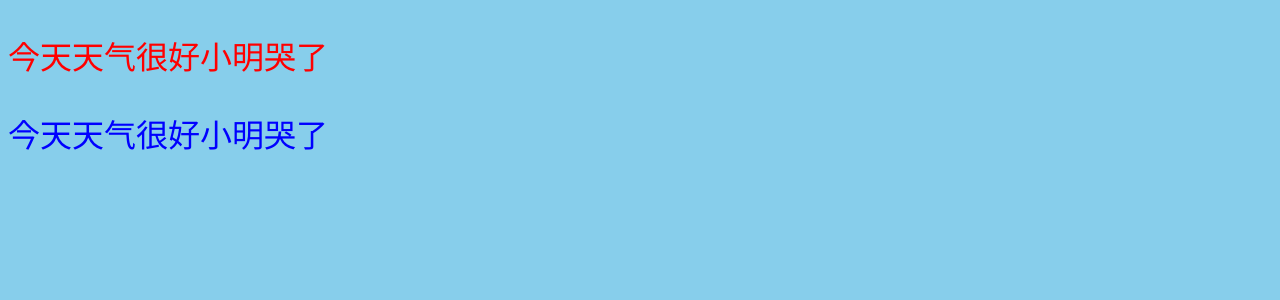
Repository: WKYQAQ/LX
Page: day03_css.html
These files come from the project's save history. The page is drawn as it stood at one moment and after the next save; the edit follows.
The browser window is 1280 px wide. The pictures show the whole page.

Above is the page before, as saved 2020-07-23 11:48:36.

### day03_css.html
<!DOCTYPE html>
<html lang="en">
<head>
    <meta charset="UTF-8">
    <meta name="viewport" content="width=device-width, initial-scale=1.0">
    <title>Document</title>
    <link rel="stylesheet" href="./style/index.css">
    <style>
        p{
            color: red;
        }
        #blue{
            color: blue;
        }
    </style>
</head>
<body>
    <p style="font-size: 32px;">今天天气很好小明哭了</p><!--对于颜色来说行内的优先级最高-->
    <p style="font-size: 32px;" id="blue">今天天气很好小明哭了</p>
</body>
</html>

### style/index.css
body{
    background: skyblue;
}
p{
    color: green;
}

After the next save:
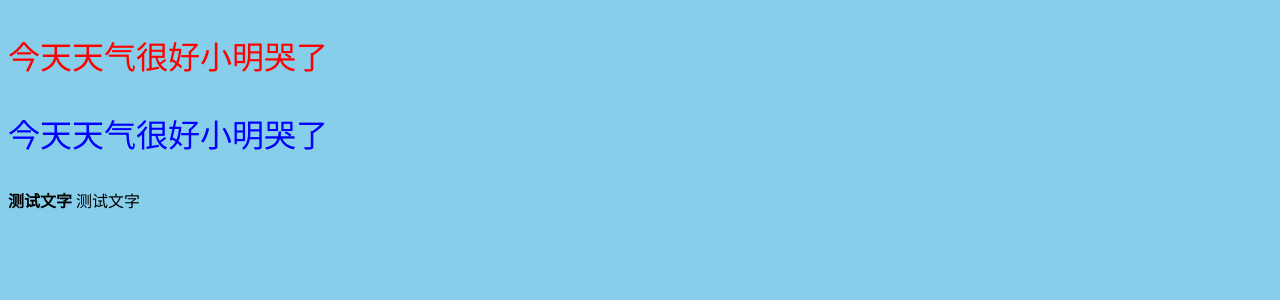
Saved 5 min 3 s later.
--- a/day03_css.html
+++ b/day03_css.html
@@ -12,10 +12,15 @@
         #blue{
             color: blue;
         }
+        .f{
+            font-family:"微软雅黑";
+        }
     </style>
 </head>
 <body>
     <p style="font-size: 32px;">今天天气很好小明哭了</p><!--对于颜色来说行内的优先级最高-->
-    <p style="font-size: 32px;" id="blue">今天天气很好小明哭了</p>
+    <p style="font-size: 32px;" id="blue">今天天气很好小明哭了</p><!--id选择器，是特定的东西有特定的颜色，方式：#+id名称,不可重复使用-->
+    <b class="f">测试文字</b><!--class可以重复使用-->
+    <span class="f">测试文字</span>
 </body>
 </html>
